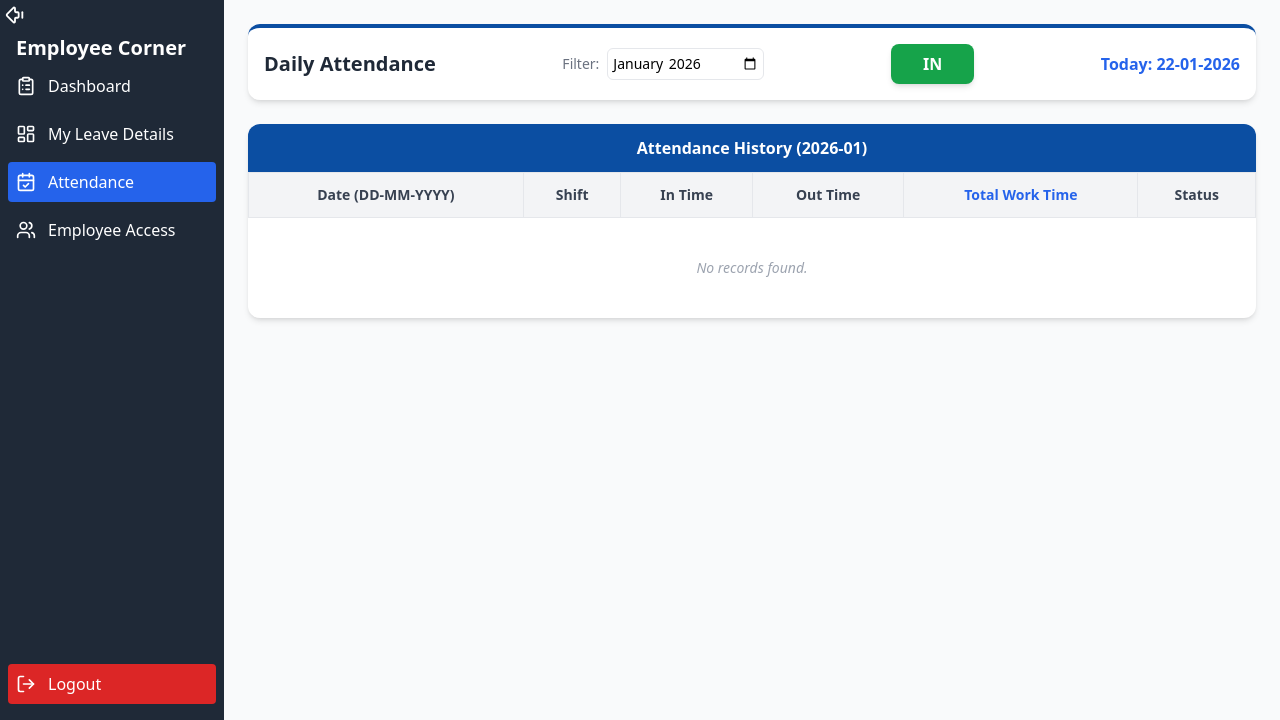
Repository: sixfoxtechnology123/DORIKA_HOSPITAL
Page: /EmployeeAttendance
The author's editor kept a copy of each file at every save. The page is drawn from the files as they stood at one save, then again after the next save.
The browser window is 1280 px wide. The pictures show the whole page.
The project was rebuilt for these pictures with package versions that can differ from the ones it lists, and the page was loaded fresh each time. Also part of the build but not shown: src/component/HomePage.js, src/component/BackButton.js, src/Master/MasterPage.js, src/component/Sidebar.js, src/Master/DepartmentList.js, src/Master/DepartmentMaster.js, src/Master/DesignationMaster.js, src/Master/DesignationList.js and 40 more.

Above is the page before, as saved 2026-01-22 14:44:18.

After the next save:
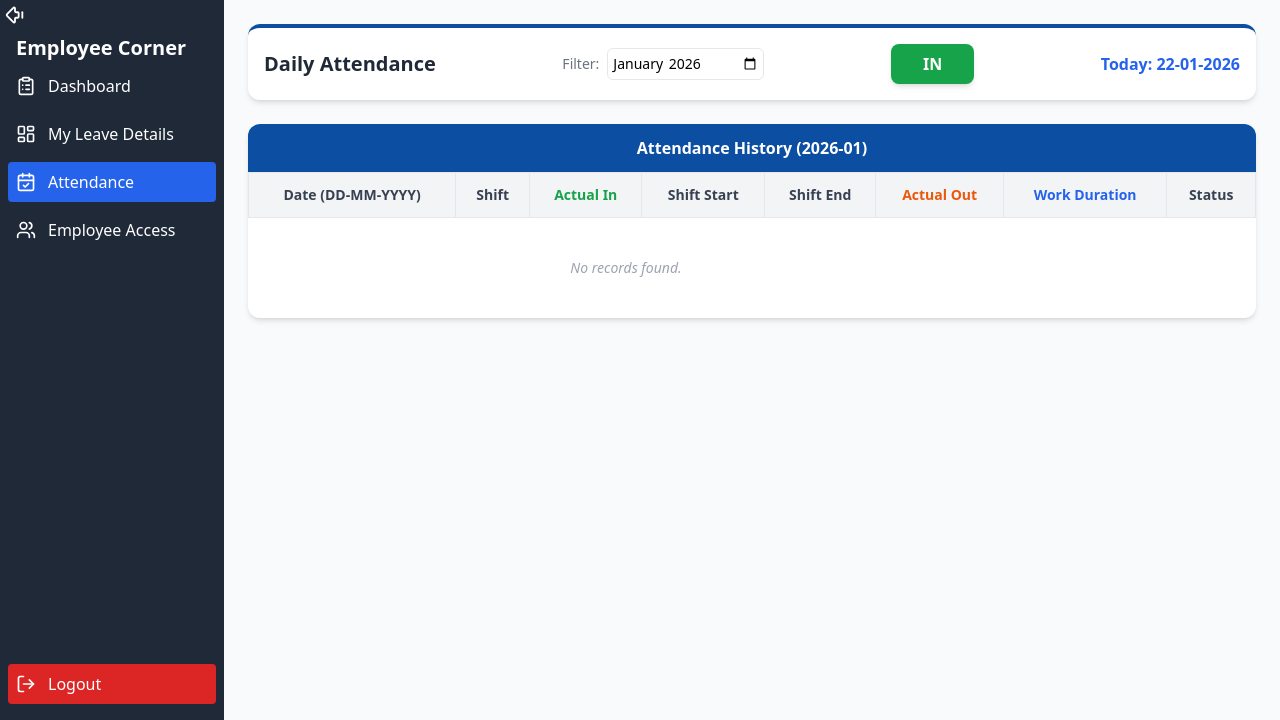
Saved 105 s later.
--- a/src/EmployeeCorner/EmployeeAttendance.js
+++ b/src/EmployeeCorner/EmployeeAttendance.js
@@ -168,16 +168,18 @@ const EmployeeAttendance = () => {
           </div>
           <div className="overflow-x-auto">
             <table className="w-full text-sm text-center">
-          <thead className="bg-gray-100 text-gray-700">
-            <tr>
-              <th className="p-3 border">Date (DD-MM-YYYY)</th>
-              <th className="p-3 border">Shift</th> {/* ADDED */}
-              <th className="p-3 border">In Time</th>
-              <th className="p-3 border">Out Time</th>
-              <th className="p-3 border text-blue-600">Total Work Time</th>
-              <th className="p-3 border">Status</th>
-            </tr>
-          </thead>
+        <thead className="bg-gray-100 text-gray-700">
+  <tr>
+    <th className="p-3 border">Date (DD-MM-YYYY)</th>
+    <th className="p-3 border">Shift</th>
+    <th className="p-3 border text-green-600">Actual In</th> {/* New */}
+    <th className="p-3 border">Shift Start</th> {/* New */}
+    <th className="p-3 border">Shift End</th> {/* New */}
+    <th className="p-3 border text-orange-600">Actual Out</th> {/* New */}
+    <th className="p-3 border text-blue-600">Work Duration</th>
+    <th className="p-3 border">Status</th>
+  </tr>
+</thead>
             <tbody>
                 {filteredRecords.length > 0 ? (
                   filteredRecords.slice().reverse().map((rec, index) => {
